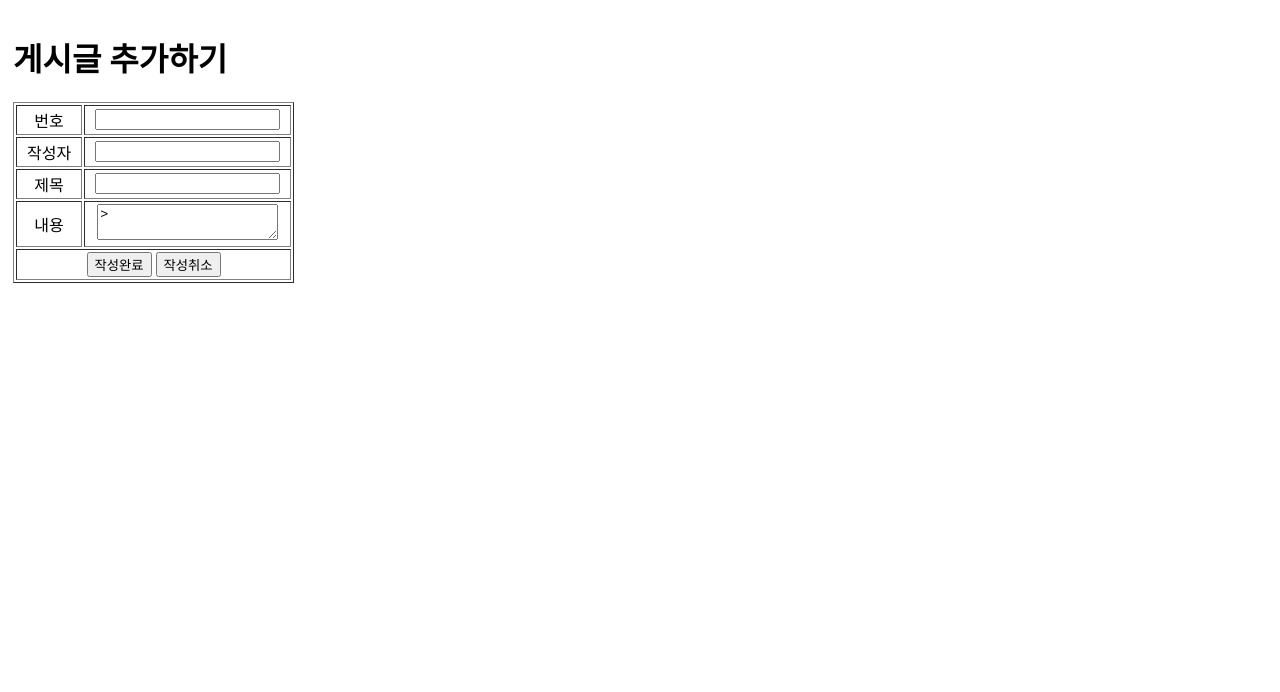
Repository: jjuhye/JSPWorkspace
Page: http://localhost/basic/00_board/_04_addBoard.jsp
The author's editor kept a copy of each file at every save. The page is drawn from the files as they stood at one save, then again after the next save.
The browser window is 1280 px wide. The pictures show the whole page.
The page is served by Tomcat 9.

Above is the page before, as saved 2023-02-24 07:35:58.

After the next save:
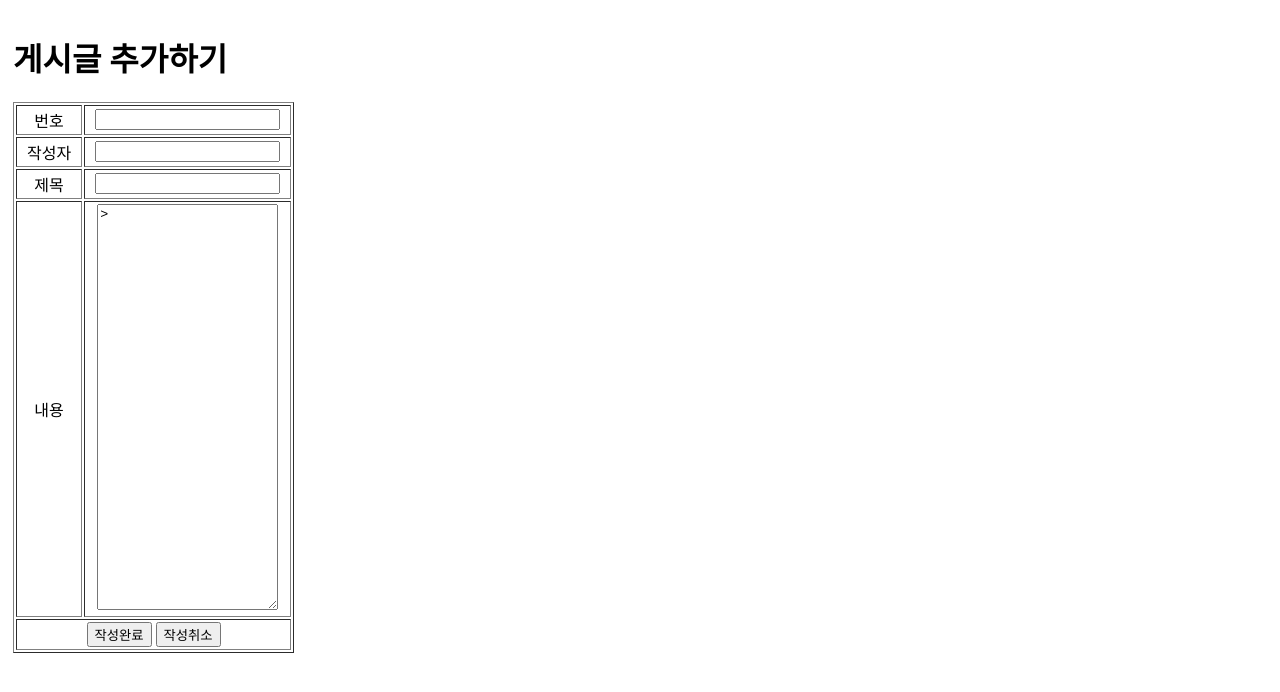
Saved 56 s later.
--- a/basic/src/main/webapp/00_board/board.css
+++ b/basic/src/main/webapp/00_board/board.css
@@ -10,3 +10,7 @@ td{
 	padding: 2px 10px;
 	text-align:center;
 }
+
+textarea{
+	height: 400px;
+}
